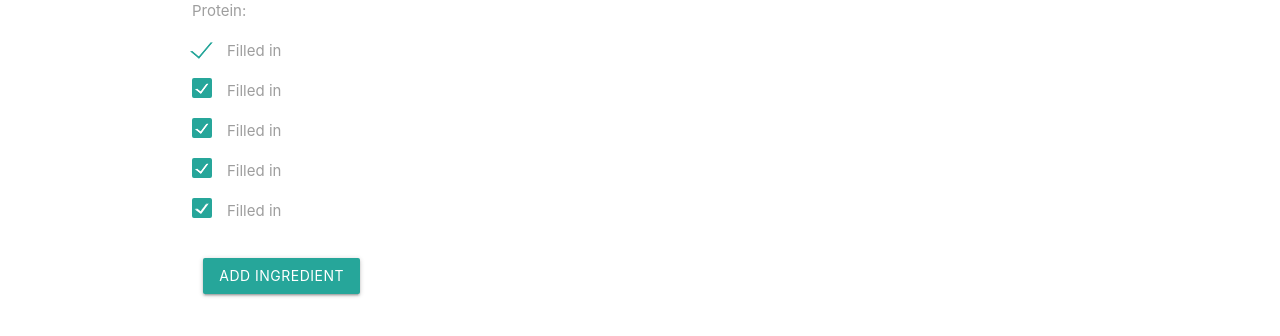
Repository: Aaron-R-Carter/Project1
Page: prototype.html
These files come from the project's save history. The page is drawn as it stood at one moment and after the next save; the edit follows.
The browser window is 1280 px wide. The pictures show the whole page.

Above is the page before, as saved 2019-10-31 22:55:15.
Console error: SyntaxError: Unexpected token '<'

### prototype.html
<!DOCTYPE html>
<html>

<head>
    <!--Import Google Icon Font-->
    <link href="https://fonts.googleapis.com/icon?family=Material+Icons" rel="stylesheet">
    <!--Import materialize.css-->
    <link rel="stylesheet" href="https://cdnjs.cloudflare.com/ajax/libs/materialize/1.0.0/css/materialize.min.css">
    <link rel="stylesheet" href="./prototype.css">
    <!--Let browser know website is optimized for mobile-->
    <meta name="viewport" content="width=device-width, initial-scale=1.0" />

</head>

<body>

    <div class="container">
        <div id="check-box" class="row">
            <label type="text" class="label">Protein:</label>
            <form action="#">
                <p>
                    <label>
                        <input type="checkbox" class="Chicken" checked="checked" />
                        <span>Filled in</span>
                    </label>
                </p>
                <p>
                    <label>
                        <input type="checkbox" class="filled-in" checked="checked" />
                        <span>Filled in</span>
                    </label>
                </p>
                <p>
                    <label>
                        <input type="checkbox" class="filled-in" checked="checked" />
                        <span>Filled in</span>
                    </label>
                </p>
                <p>
                    <label>
                        <input type="checkbox" class="filled-in" checked="checked" />
                        <span>Filled in</span>
                    </label>
                </p>
                <p>
                    <label>
                        <input type="checkbox" class="filled-in" checked="checked" />
                        <span>Filled in</span>
                    </label>
                </p>
            </form>
        </div>

        <form id="ingredient-add-btn" class="row">

            <!-- Button will trigger new ingredient to be added -->
            <div class="col s 12">
                <input id="add " class="btn btn-primary mb-2" type="submit" value="add ingredient">
            </div>
        </form>


        <div id="ingredient-view-button"></div>

    </div>



    <script src="https://code.jquery.com/jquery-3.4.1.min.js"
        integrity="sha256-CSXorXvZcTkaix6Yvo6HppcZGetbYMGWSFlBw8HfCJo=" crossorigin="anonymous"></script>
    <script src="https://cdnjs.cloudflare.com/ajax/libs/materialize/1.0.0/js/materialize.min.js"></script>
    <script src="./script.js"></script>

</body>

</html>

### prototype.css
#form-page {
    width: 100%;
    height: 200px;
    border: 2px solid black;
}
.label {
    font-size: 15px;
}
#ingredient-input {
    width: 100%;
    height: 200px;
    border: 2px solid black;
}

### script.js

    <div id="left-box">
    <form id="ingredient-form">
        <label for="ingredient-input">List of Ingredients:</label>
        <br>
        <input type="text" id="ingredient-input" placeholder="Ingredients">

        <!-- Button will trigger new ingredients to be added -->
        <input id="add " class="btn btn-primary mb-2" type="submit" value="Add a zipcode">
    </form>

    <div id="zipcode-view"></div>
</div>

After the next save:
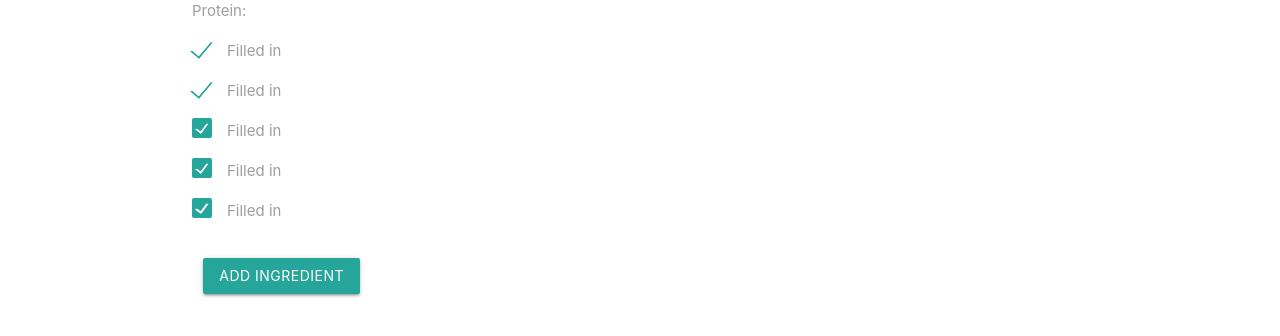
Saved 7 s later.
--- a/prototype.html
+++ b/prototype.html
@@ -26,7 +26,7 @@
                 </p>
                 <p>
                     <label>
-                        <input type="checkbox" class="filled-in" checked="checked" />
+                        <input type="checkbox" class="Beef" checked="checked" />
                         <span>Filled in</span>
                     </label>
                 </p>
